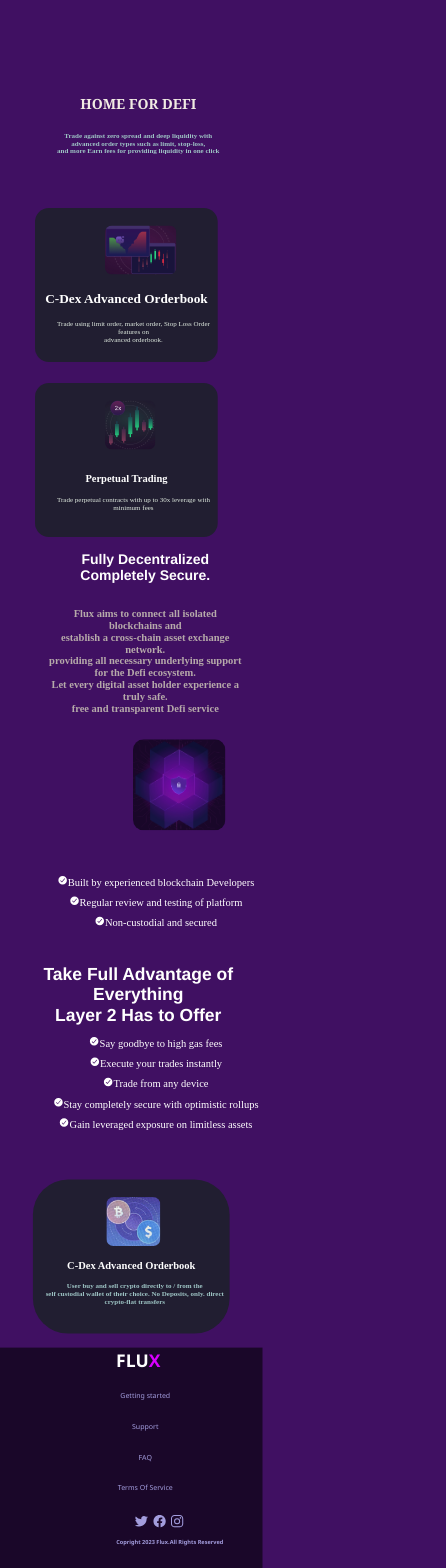
Repository: Tobby004/Flux-figma
Page: index.html
The author's editor kept a copy of each file at every save. The page is drawn from the files as they stood at one save, then again after the next save.
The browser window is 375 px wide. The page is 637 px wide, so the pictures cover 637 px, including what lies to the right of the window. The pictures show the part of the page from y = 413 to 2653 px (the page is 2728 px tall), at 70% of full size.

Above is the page before, as saved 2023-04-30 00:23:43.

After the next save:
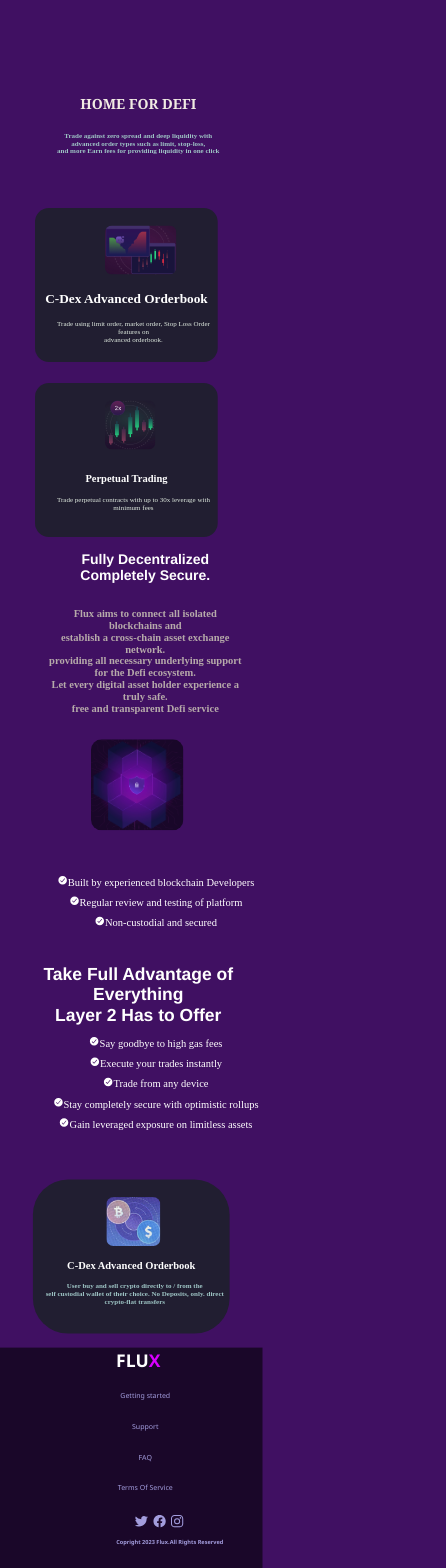
Saved 43 s later.
--- a/style.css
+++ b/style.css
@@ -320,7 +320,7 @@ p {
  }
  section img {
     height: 130px;
-    margin-left: 190px;
+    margin-left: 130px;
  }
  section h1 {
     margin-top: 20px;
